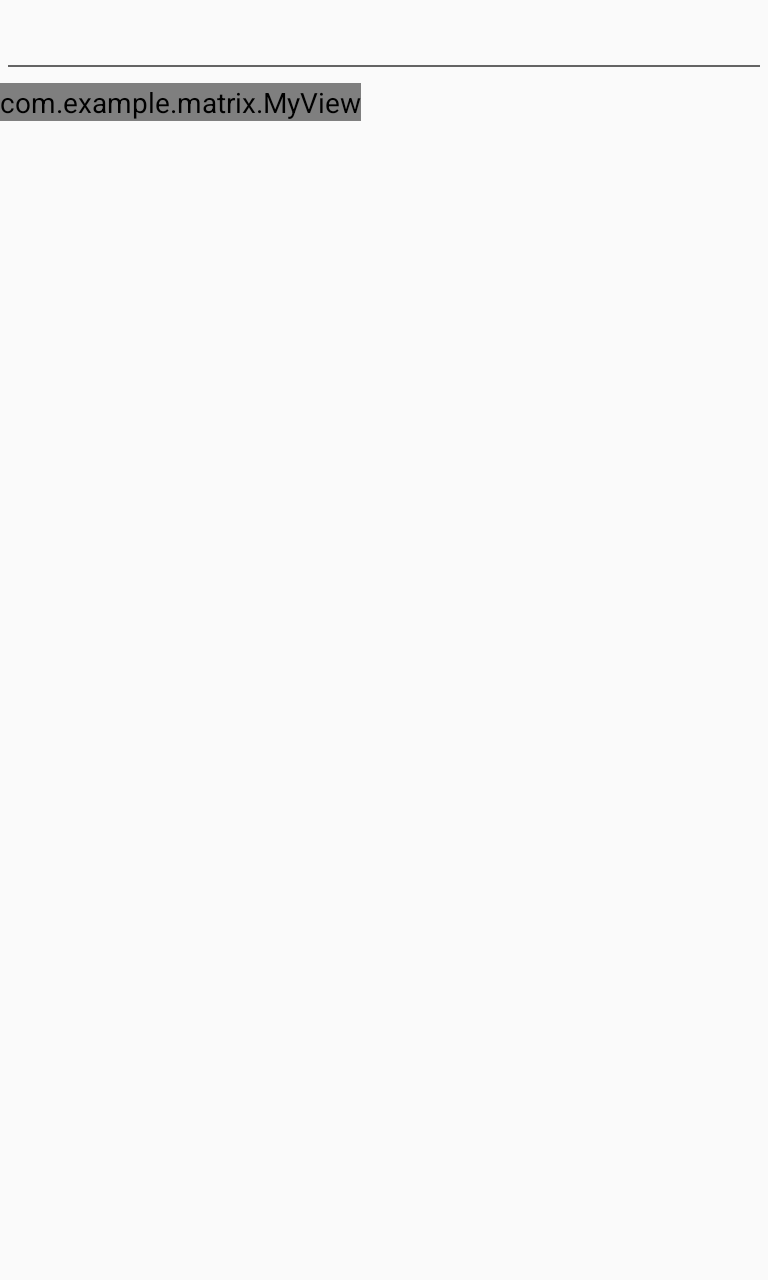
Repository: 18810012802/creazyAndroid
Layout: workspace3/matrix/res/layout/activity_main.xml
An editor plug-in stored every save of this project. The layout is shown before and after the next save, followed by the edit.
Pictures or frames that could not be fetched are drawn as grey boxes. It is drawn on a 768 x 1280 px phone screen (xhdpi) without system bars, with theme AppTheme; the app's code is not run.

Above is the layout before, as saved 2016-05-08 15:43:21.

### workspace3/matrix/res/layout/activity_main.xml
 <LinearLayout xmlns:android="http://schemas.android.com/apk/res/android"
    android:id="@+id/root"
    android:orientation="vertical"
    android:layout_width="match_parent"
    android:layout_height="match_parent"
     >
     <EditText
         android:id="@+id/et"
          android:layout_width="match_parent"
        android:layout_height="wrap_content"
        android:inputType="number"
         />
 <com.example.matrix.MyView xmlns:android="http://schemas.android.com/apk/res/android"

        android:layout_width="wrap_content"
        android:layout_height="wrap_content"
        android:id="@+id/matrix" />
</LinearLayout>

Loaded but not shown: workspace3/matrix/res/values/styles.xml (common file); workspace3/matrix/res/values-v11/styles.xml (common file); workspace3/matrix/res/values-v14/styles.xml (common file)

After the next save:
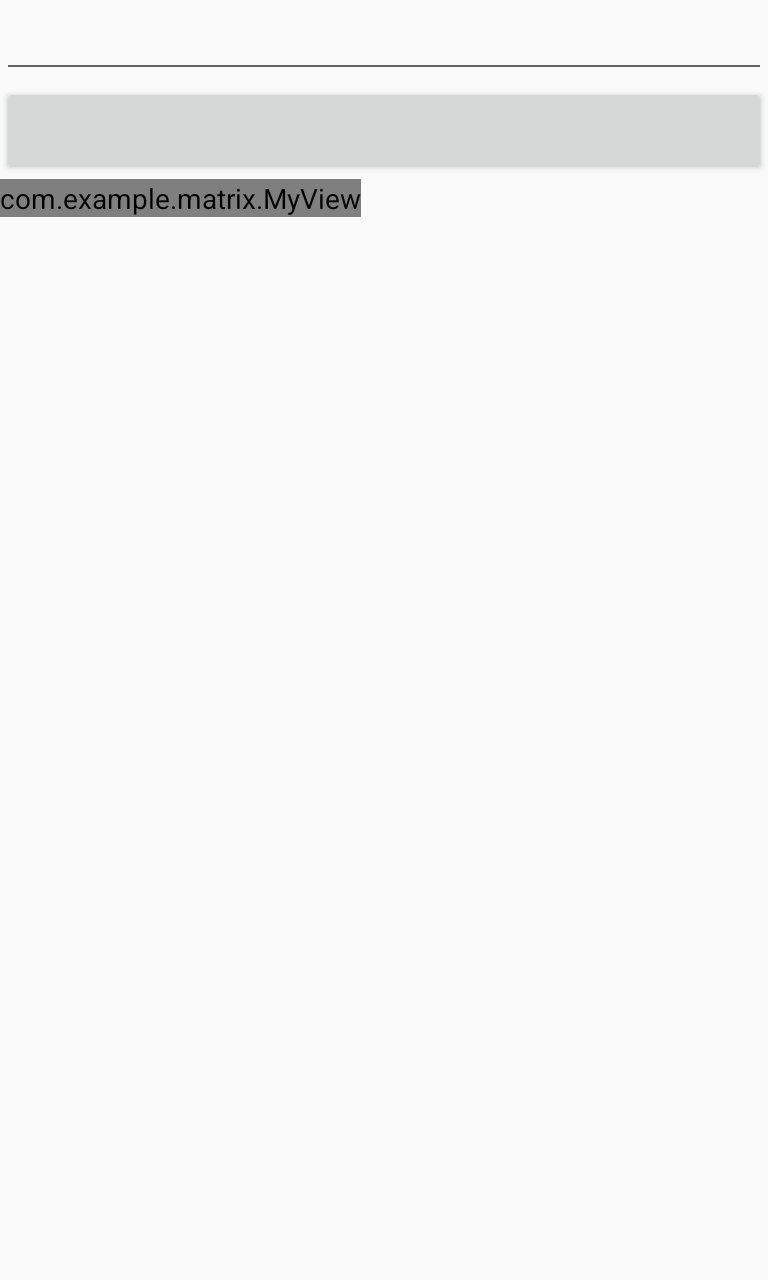
Saved 5 min 3 s later.
--- a/workspace3/matrix/res/layout/activity_main.xml
+++ b/workspace3/matrix/res/layout/activity_main.xml
@@ -10,6 +10,11 @@
         android:layout_height="wrap_content"
         android:inputType="number"
          />
+        <Button
+         android:id="@+id/bn"
+          android:layout_width="match_parent"
+        android:layout_height="wrap_content"
+         />
  <com.example.matrix.MyView xmlns:android="http://schemas.android.com/apk/res/android"
 
         android:layout_width="wrap_content"
